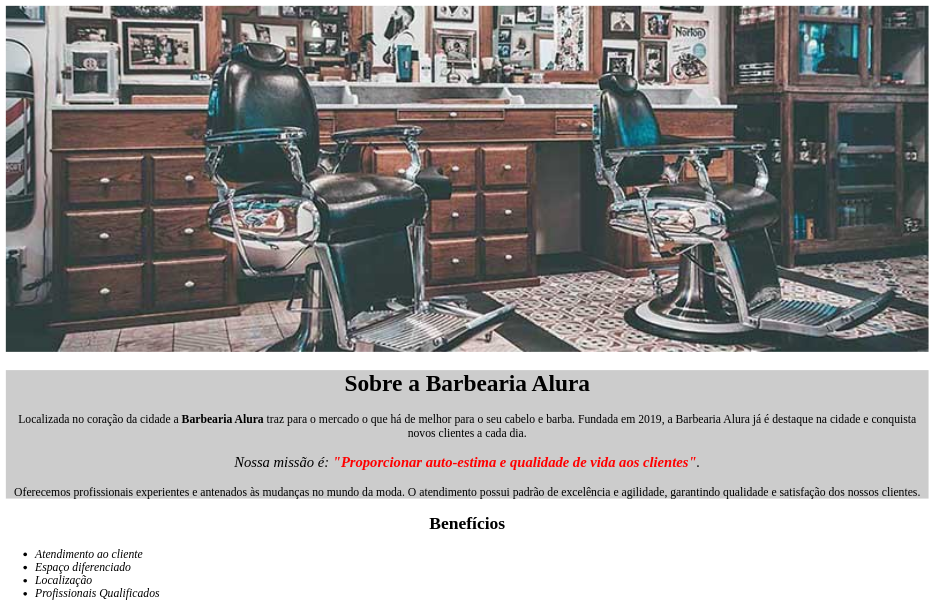
Repository: RenatoCCS/Barbearia_Alura
Page: index.html
The author's editor kept a copy of each file at every save. The page is drawn from the files as they stood at one save, then again after the next save.
The browser window is 1280 px wide. The page is 1280 px wide, then 1288 px, so the pictures cover 1288 px, including what lies to the right of the window. The pictures show the whole page, at 73% of full size.

Above is the page before, as saved 2022-10-17 21:14:10.

### index.html
<!DOCTYPE html>

<html lang="pt-br">
  <head>
    <meta charset="UTF-8" />
    <title>Barbearia Alura</title>
    <link rel="stylesheet" href="style.css" />
  </head>

  <body>
    <img id="banner" src="banner.jpg" />
    <div class="principal">
      <h1>Sobre a Barbearia Alura</h1>

      <p style="text-align: center">
        Localizada no coração da cidade a <strong>Barbearia Alura</strong> traz
        para o mercado o que há de melhor para o seu cabelo e barba. Fundada em
        2019, a Barbearia Alura já é destaque na cidade e conquista novos
        clientes a cada dia.
      </p>

      <p id="missao">
        <em>
          Nossa missão é:
          <strong
            >"Proporcionar auto-estima e qualidade de vida aos clientes"</strong
          >.
        </em>
      </p>

      <p style="text-align: center">
        Oferecemos profissionais experientes e antenados às mudanças no mundo da
        moda. O atendimento possui padrão de excelência e agilidade, garantindo
        qualidade e satisfação dos nossos clientes.
      </p>
    </div>

    <div class="beneficios">
      <h2>Benefícios</h2>
      <ul>
        <li class="itens">Atendimento ao cliente</li>
        <li class="itens">Espaço diferenciado</li>
        <li class="itens">Localização</li>
        <li class="itens">Profissionais Qualificados</li>
      </ul>
    </div>
  </body>
</html>

### style.css
body {
}

#banner {
  width: 100%;
}

.principal {
  background: #cccccc;
}

h1 {
  text-align: center;
}

p {
  text-align: center;
}

#missao {
  font-size: 20px;
}

em strong {
  color: #ff0000;
}

.itens {
  font-style: italic;
}

.beneficios {
  background: #ffffff;
}

h2 {
  text-align: center;
}

After the next save:
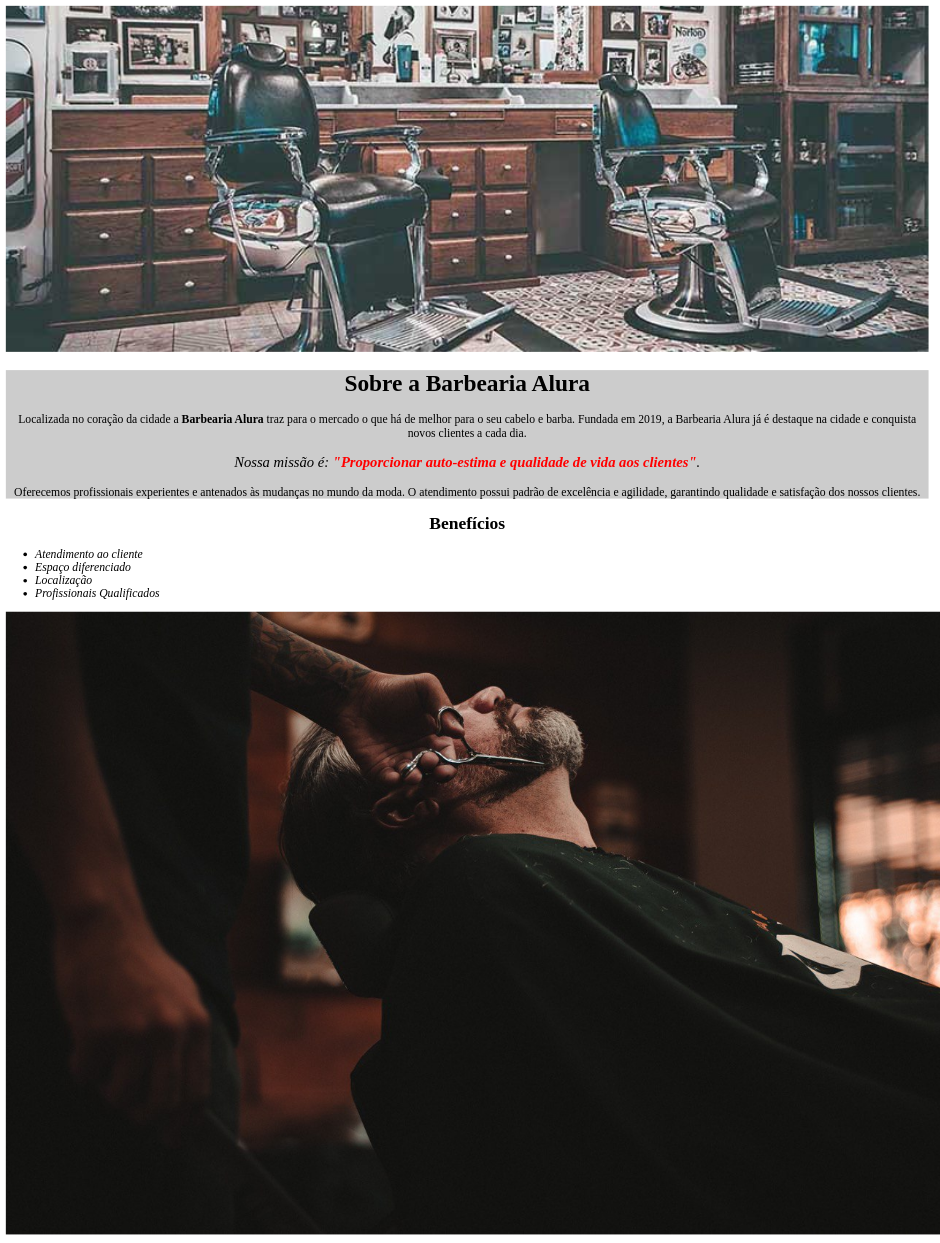
Saved 41 s later.
--- a/index.html
+++ b/index.html
@@ -43,6 +43,7 @@
         <li class="itens">Localização</li>
         <li class="itens">Profissionais Qualificados</li>
       </ul>
+      <img src="beneficios.jpg" />
     </div>
   </body>
 </html>
